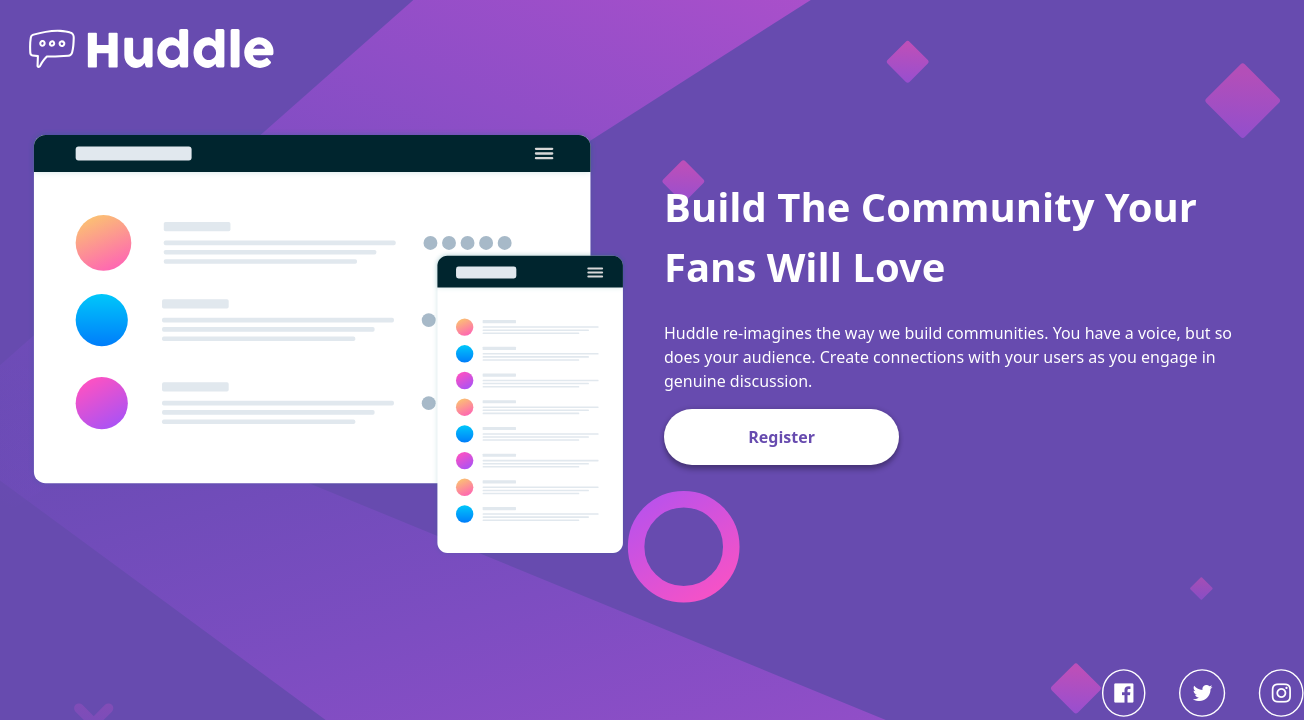
Repository: blordeus/huddle-landing-page-with-single-introductory-section-master
Page: index.html
An editor plug-in stored every save of this project. The page is shown before and after the next save, followed by the edit.
The browser window is 1280 px wide. The page is 1304 px wide, then 1280 px, so the pictures cover 1304 px, including what lies to the right of the window. The pictures show the whole page.
The style sheet was rebuilt from its Sass, Less or Tailwind sources for each picture, by a compiler version that may differ from the author's.

Above is the page before, as saved 2023-08-31 20:52:55.

After the next save:
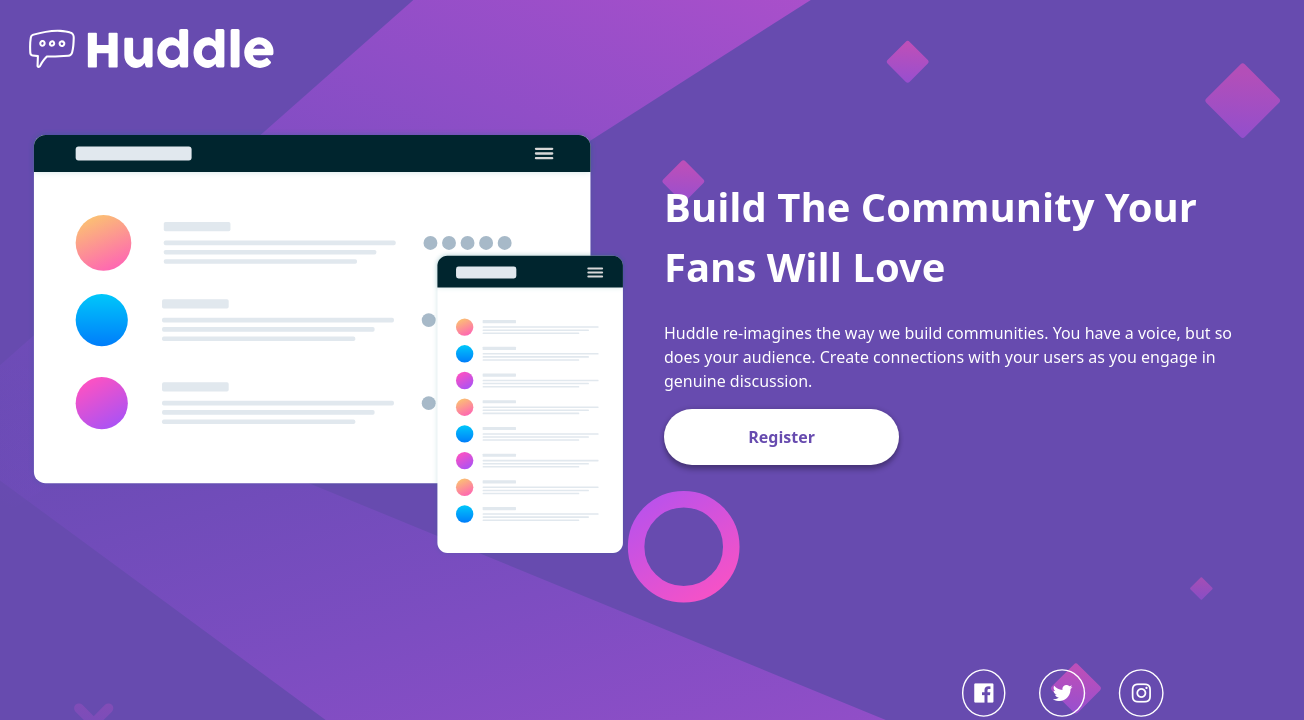
Saved 5 s later.
--- a/style.scss
+++ b/style.scss
@@ -84,7 +84,7 @@
     }
 
     .icons {
-        transform: translate(-150px, 50px);
+        transform: translate(-250px, 50px);
         scale: 1.4;
     }
   }
